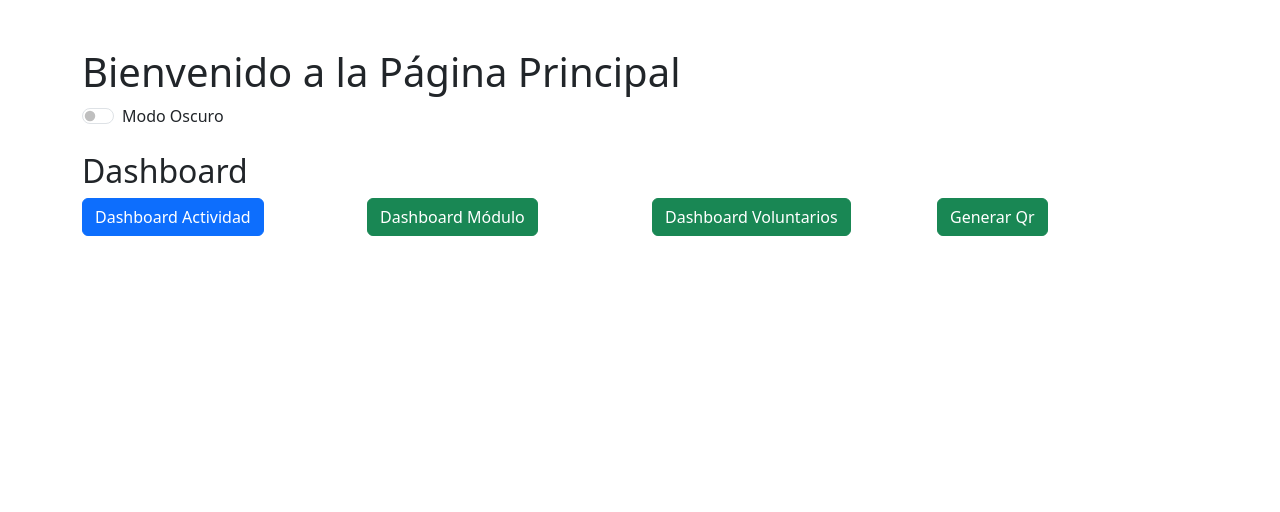
Repository: PTQL/PTQL-API
Page: src/main/resources/templates/PaginaPrincipal.html
The author's editor kept a copy of each file at every save. The page is drawn from the files as they stood at one save, then again after the next save.
The browser window is 1280 px wide. The pictures show the whole page.

Above is the page before, as saved 2024-06-08 03:34:48.

After the next save:
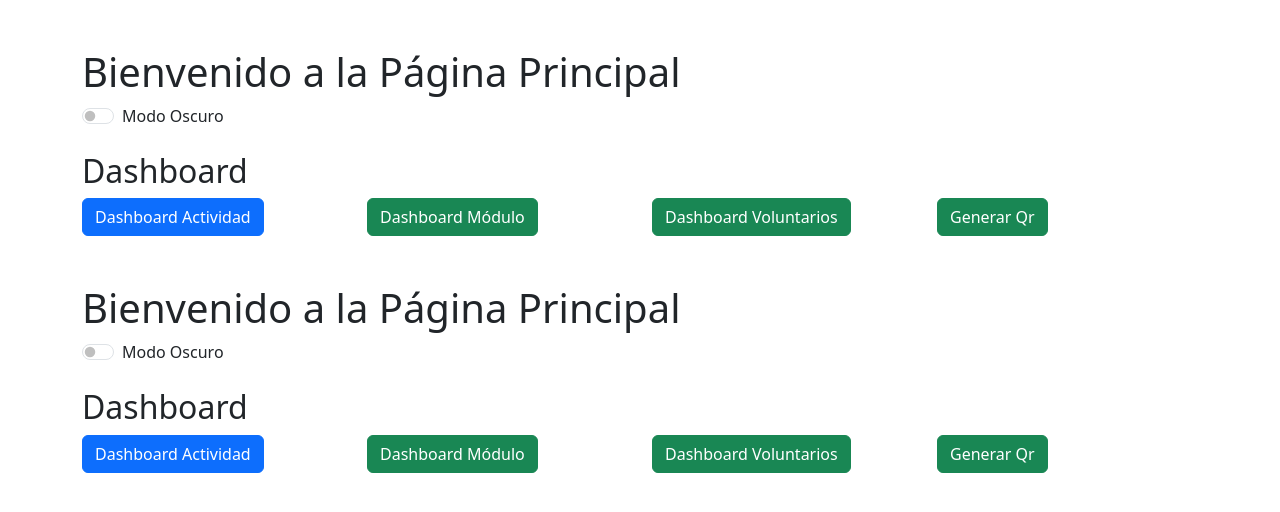
Saved 97 s later.
--- a/src/main/resources/templates/PaginaPrincipal.html
+++ b/src/main/resources/templates/PaginaPrincipal.html
@@ -1,3 +1,63 @@
+<!DOCTYPE html>
+<html lang="es">
+<head>
+    <meta charset="UTF-8">
+    <meta name="viewport" content="width=device-width, initial-scale=1">
+    <title>Página Principal</title>
+    <link href="https://cdn.jsdelivr.net/npm/bootstrap@5.3.0/dist/css/bootstrap.min.css" rel="stylesheet">
+    <style>
+        body {
+            transition: background-color 0.3s, color 0.3s;
+        }
+        .dark-mode {
+            background-color: #343a40;
+            color: #ffffff;
+        }
+        .btn {
+            transition: transform 0.2s;
+        }
+        .btn:hover {
+            transform: scale(1.05);
+        }
+    </style>
+</head>
+<body>
+
+<div class="container mt-5">
+    <h1>Bienvenido a la Página Principal</h1>
+    <div class="form-check form-switch">
+        <input class="form-check-input" type="checkbox" id="darkModeSwitch">
+        <label class="form-check-label" for="darkModeSwitch">Modo Oscuro</label>
+    </div>
+
+    <!-- Sección de Generar -->
+    <div class="mt-4">
+        <h2>Dashboard</h2>
+        <div class="row">
+            <div class="col-md-3">
+                <a href="/dashboard_actividad" class="btn btn-primary">Dashboard Actividad</a>
+            </div>
+            <div class="col-md-3">
+                <a href="/dashboard_modulo" class="btn btn-success">Dashboard Módulo</a>
+            </div>
+            <div class="col-md-3">
+                <a href="/dashboard_voluntario" class="btn btn-success">Dashboard Voluntarios</a>
+            </div>
+            <div class="col-md-3">
+                <a href="/generar_qr" class="btn btn-success">Generar Qr</a>
+            </div>
+        </div>
+    </div>
+</div>
+
+<script src="https://cdn.jsdelivr.net/npm/bootstrap@5.3.0/dist/js/bootstrap.bundle.min.js"></script>
+<script>
+    document.getElementById('darkModeSwitch').addEventListener('change', function () {
+        document.body.classList.toggle('dark-mode', this.checked);
+    });
+</script>
+</body>
+</html>
 <!DOCTYPE html>
 <html lang="es">
 <head>
